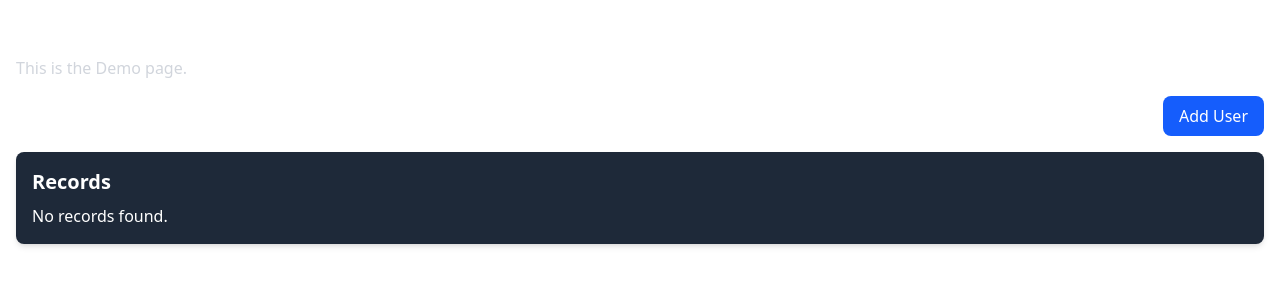
Repository: kishan-71/medical-bill
Page: /
The author's editor kept a copy of each file at every save. The page is drawn from the files as they stood at one save, then again after the next save.
The browser window is 1280 px wide. The pictures show the whole page.
The page's requests for data from a server got no answer. The project was rebuilt for these pictures with package versions that can differ from the ones it lists, and the page was loaded fresh each time. No one was signed in, and anything a server would have sent is missing. Also part of the build but not shown: vite.config.js, src/components/Modal.jsx, src/components/Label.jsx, src/components/Input.jsx, src/components/FormInput.jsx, src/components/Button.jsx, src/components/Form.jsx, src/components/Table.jsx.

Above is the page before, as saved 2025-02-28 00:19:35.

After the next save:
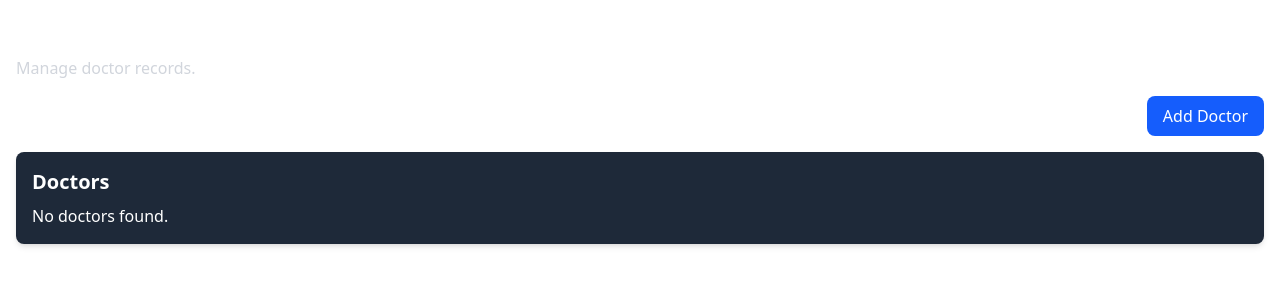
Saved 42 s later.
--- a/src/App.jsx
+++ b/src/App.jsx
@@ -1,4 +1,4 @@
-import DemoPage from './pages/DemoPage'
+import DoctorPage from './pages/DoctorPage'
 
 
 function App() {
@@ -6,7 +6,7 @@ function App() {
 
   return (
     <>
-      <DemoPage />
+      <DoctorPage />
     </>
   )
 }
